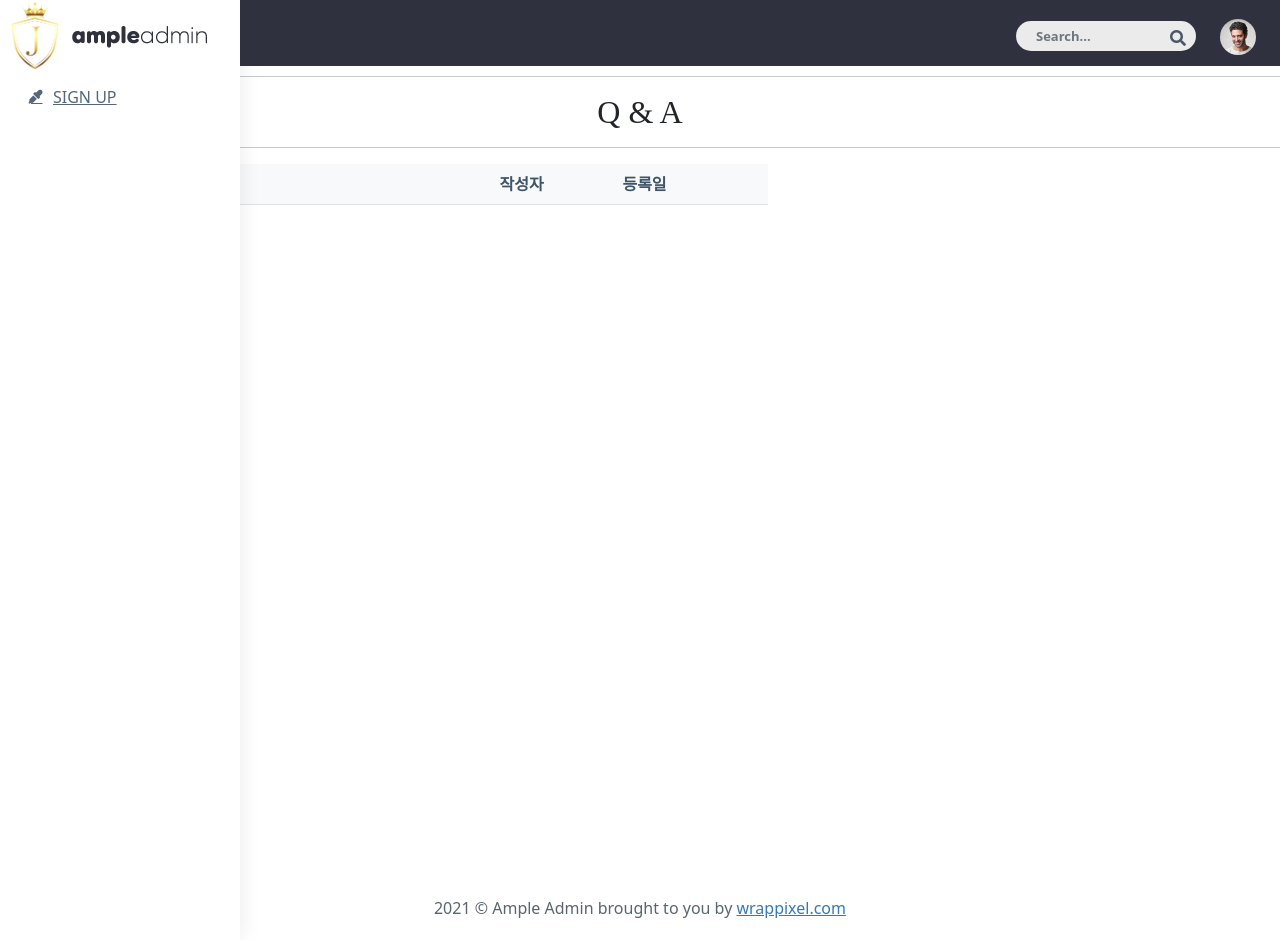
Repository: chopilyeon/HanaOpenBanking
Page: http://localhost/OpenBanking/jsp/board/boardList.jsp
These files come from the project's save history. The page is drawn as it stood at one moment and after the next save; the edit follows.
The browser window is 1280 px wide. The pictures show the whole page.
Some web fonts or font styles are not loaded; a fallback is used. The page is served by Tomcat 9. Other server files are loaded and not shown.

Above is the page before, as saved 2022-07-17 05:42:29.
Console error: TypeError: Cannot read properties of null (reading 'querySelector')

### OpenBanking/src/main/webapp/jsp/board/boardList.jsp
<%@ page language="java" contentType="text/html; charset=UTF-8"
    pageEncoding="UTF-8"%>
<!DOCTYPE html>
<html>
<head>
<meta charset="utf-8">
    <meta http-equiv="X-UA-Compatible" content="IE=edge">
    <!-- Tell the browser to be responsive to screen width -->
    <meta name="viewport" content="width=device-width, initial-scale=1">
    <meta name="keywords"
        content="wrappixel, admin dashboard, html css dashboard, web dashboard, bootstrap 5 admin, bootstrap 5, css3 dashboard, bootstrap 5 dashboard, Ample lite admin bootstrap 5 dashboard, frontend, responsive bootstrap 5 admin template, Ample admin lite dashboard bootstrap 5 dashboard template">
    <meta name="description"
        content="Ample Admin Lite is powerful and clean admin dashboard template, inpired from Bootstrap Framework">
    <meta name="robots" content="noindex,nofollow">
    <title>J investment bank</title>
    <link rel="canonical" href="https://www.wrappixel.com/templates/ample-admin-lite/" />
    <!-- Favicon icon -->
    <link rel="icon" type="image/png" sizes="16x16" href="/OpenBanking/resources/images/favicon.png">
    <!-- Custom CSS -->
    <link href="/OpenBanking/resources/css/chartist.min.css" rel="stylesheet">
    <link rel="stylesheet" href="/OpenBanking/resources/css/chartist-plugin-tooltip.css">
    <!-- Custom CSS -->
    <link href="/OpenBanking/resources/css/style.min.css" rel="stylesheet">
    <link href="/OpenBanking/resources/css/onlyForMe.css" rel="stylesheet">
    <!-- CSS only -->
    <link href="https://cdn.jsdelivr.net/npm/bootstrap@5.2.0-beta1/dist/css/bootstrap.min.css" rel="stylesheet" integrity="sha384-0evHe/X+R7YkIZDRvuzKMRqM+OrBnVFBL6DOitfPri4tjfHxaWutUpFmBp4vmVor" crossorigin="anonymous">



<!-- JavaScript Bundle with Popper -->
<script src="https://cdn.jsdelivr.net/npm/bootstrap@5.2.0-beta1/dist/js/bootstrap.bundle.min.js" integrity="sha384-pprn3073KE6tl6bjs2QrFaJGz5/SUsLqktiwsUTF55Jfv3qYSDhgCecCxMW52nD2" crossorigin="anonymous"></script>

 <!-- FONT -->
<link rel="preconnect" href="https://fonts.googleapis.com">
<link rel="preconnect" href="https://fonts.gstatic.com" crossorigin>
<link href="https://fonts.googleapis.com/css2?family=Libre+Baskerville:ital@1&display=swap" rel="stylesheet">

</head>
<body>


	<jsp:include page="/jsp/include/topAndSide.jsp" />



	<section>
	<hr>
		<h2 class="text-center">Q & A </h2>
	<hr>
	<table style="width: 60%" class="table">
			  <thead>
				<tr class="table-light">
					<th width=16%">번호</th>
					<th>제목</th>
					<th width="16%">작성자</th>
					<th width="20%">등록일</th>
				</tr>
			  </thead>



	</table>










	</section>










	<jsp:include page="/jsp/include/footer.jsp" />









 <script src="/OpenBanking/resources/js/jquery.min.js"></script>
    <!-- Bootstrap tether Core JavaScript -->
    <script src="/OpenBanking/resources/js/bootstrap.bundle.min.js"></script>
    <script src="/OpenBanking/resources/js/app-style-switcher.js"></script>
    <script src="/OpenBanking/resources/js/jquery.sparkline.min.js"></script>
    <!--Wave Effects -->
    <script src="/OpenBanking/resources/js/waves.js"></script>
    <!--Menu sidebar -->
    <script src="/OpenBanking/resources/js/sidebarmenu.js"></script>
    <!--Custom JavaScript -->
    <script src="/OpenBanking/resources/js/custom.js"></script>
    <!--This page JavaScript -->
    <!--chartis chart-->
    <script src="/OpenBanking/resources/js/chartist.min.js"></script>
    <script src="/OpenBanking/resources/js/chartist-plugin-tooltip.min.js"></script>
    <script src="/OpenBanking/resources/js/dashboard1.js"></script>




</body>
</html>

### OpenBanking/src/main/webapp/jsp/include/topAndSide.jsp
<%@ page language="java" contentType="text/html; charset=UTF-8"
    pageEncoding="UTF-8"%>
<%@ taglib prefix="c" uri="http://java.sun.com/jsp/jstl/core" %>

  <!-- ============================================================== -->
    <!-- Preloader - style you can find in spinners.css -->
    <!-- ============================================================== -->
    <div class="preloader">
        <div class="lds-ripple">
            <div class="lds-pos"></div>
            <div class="lds-pos"></div>
        </div>
    </div>
    <!-- ============================================================== -->
    <!-- Main wrapper - style you can find in pages.scss -->
    <!-- ============================================================== -->
    <div id="main-wrapper" data-layout="vertical" data-navbarbg="skin5" data-sidebartype="full"
        data-sidebar-position="absolute" data-header-position="absolute" data-boxed-layout="full">
        <!-- ============================================================== -->
        <!-- Topbar header - style you can find in pages.scss -->
        <!-- ============================================================== -->
        <header class="topbar" data-navbarbg="skin5">
            <nav class="navbar top-navbar navbar-expand-md navbar-dark">
                <div class="navbar-header" data-logobg="skin6">
                    <!-- ============================================================== -->
                    <!-- Logo -->
                    <!-- ============================================================== -->
                    <a class="navbar-brand" href="${pageContext.request.contextPath}/welcome.do">
                        <!-- Logo icon -->
                        <b class="logo-icon">
                            <!-- Dark Logo icon -->
                            <img src="/OpenBanking/resources/images/J_LOGO.png" alt="homepage" width="50" class="rounded mx-auto d-block">
                        </b>
                        <!--End Logo icon -->
                        <!-- Logo text -->
                        <span class="logo-text">
                            <!-- dark Logo text -->
                            <img src="/OpenBanking/resources/images/logo-text.png" alt="homepage" />
                        </span>
                    </a>
                    <!-- ============================================================== -->
                    <!-- End Logo -->
                    <!-- ============================================================== -->
                    <!-- ============================================================== -->
                    <!-- toggle and nav items -->
                    <!-- ============================================================== -->
                    <a class="nav-toggler waves-effect waves-light text-dark d-block d-md-none"
                        href="javascript:void(0)"><i class="ti-menu ti-close"></i></a>
                </div>
                <!-- ============================================================== -->
                <!-- End Logo -->
                <!-- ============================================================== -->
                <div class="navbar-collapse collapse" id="navbarSupportedContent" data-navbarbg="skin5">

                    <!-- ============================================================== -->
                    <!-- Right side toggle and nav items -->
                    <!-- ============================================================== -->
                    <ul class="navbar-nav ms-auto d-flex align-items-center">

                        <!-- ============================================================== -->
                        <!-- Search -->
                        <!-- ============================================================== -->
                        <li class=" in">
                            <form role="search" class="app-search d-none d-md-block me-3">
                                <input type="text" placeholder="Search..." class="form-control mt-0">
                                <a href="#" class="active">
                                    <i class="fa fa-search"></i>
                                </a>
                            </form>
                        </li>
                        <!-- ============================================================== -->
                        <!-- User profile and search -->
                        <!-- ============================================================== -->
                        <li>
                            <a class="profile-pic" href="#">
                                <img src="/OpenBanking/resources/images/users/varun.jpg" alt="user-img" width="36"
                                    class="img-circle"><span class="text-white font-medium f-3">${userVO.id}</span></a>
                        </li>

                    <c:if test="${ not empty userVO }">
                        <li>
                            <a href="${pageContext.request.contextPath}/logout.do">
                              <button type="button" class="btn btn-primary btn-sm m-2">LOGOUT</button>
                            </a>
                        </li>

                	 </c:if>
                        <!-- ============================================================== -->
                        <!-- User profile and search -->
                        <!-- ============================================================== -->
                    </ul>
                </div>
            </nav>
        </header>
        <!-- ============================================================== -->
        <!-- End Topbar header -->
        <!-- ============================================================== -->
        <!-- ============================================================== -->
        <!-- Left Sidebar - style you can find in sidebar.scss  -->
        <!-- ============================================================== -->
        <aside class="left-sidebar" data-sidebarbg="skin6">
            <!-- Sidebar scroll-->
            <div class="scroll-sidebar">
                <!-- Sidebar navigation-->

                <nav class="sidebar-nav navbar">
                    <ul id="sidebarnav">
                        <!-- User Profile-->
              	 		<c:choose>
							<c:when test="${ not empty userVO }">
                        <li class="sidebar-item pt-2">
                            <a class="sidebar-link waves-effect waves-dark sidebar-link" href="${pageContext.request.contextPath}/Member/DashBoard.do"
                                aria-expanded="false">
                                <i class="far fa-clock" aria-hidden="true"></i>
                                <span class="hide-menu">ASSET STATUS</span>
                            </a>
                        </li>
                        <li class="sidebar-item">
                            <a class="sidebar-link waves-effect waves-dark sidebar-link" href="${pageContext.request.contextPath}/Member/checkInfo.do"
                                aria-expanded="false">
                                <i class="fa fa-user" aria-hidden="true"></i>
                                <span class="hide-menu">MEMBER INFO</span>
                            </a>
                        </li>
                        <li class="sidebar-item">
                            <a class="sidebar-link waves-effect waves-dark sidebar-link" href="#"
                                aria-expanded="false">
                                <i class="fa fa-table" aria-hidden="true"></i>
                                <span class="hide-menu">RECENT TRANS</span>
                            </a>
                        </li>


                         <li class="sidebar-item">
                            <a class="sidebar-link waves-effect waves-dark sidebar-link" href="${pageContext.request.contextPath}/bank/openBank.do"
                                aria-expanded="false">
                                <i class="fa fa-globe" aria-hidden="true"></i>
                                <span class="hide-menu">BANK SERVICE</span>
                            </a>
                        </li>




                        <li class="sidebar-item">
                            <a class="sidebar-link waves-effect waves-dark sidebar-link" href="#"
                                aria-expanded="false">
                                <i class="fas fa-eye-dropper" aria-hidden="true"></i>
                                <span class="hide-menu">Q&A</span>
                            </a>
                        </li>
                        <li class="sidebar-item">
                            <a class="sidebar-link waves-effect waves-dark sidebar-link" href="${pageContext.request.contextPath}/map.do"
                                aria-expanded="false">
                                <i class="fa fa-columns" aria-hidden="true"></i>
                                <span class="hide-menu">MAP</span>
                            </a>
                        </li>


    					 </c:when>
          					<c:otherwise>

                        <li class="sidebar-item">
                            <a class="sidebar-link waves-effect waves-dark sidebar-link" href="${pageContext.request.contextPath}/login.do"
                                aria-expanded="false">
                                <i class=" fas fa-eye-dropper" aria-hidden="true"></i>
                                <span class="hide-menu">SIGN UP</span>
                            </a>
                        </li>
              			</c:otherwise>
         			</c:choose>

                    </ul>

                </nav>
                <!-- End Sidebar navigation -->
            </div>
            <!-- End Sidebar scroll-->
        </aside>
        <!-- ============================================================== -->
        <!-- End Left Sidebar - style you can find in sidebar.scss  -->
        <!-- ============================================================== -->
        <!-- ============================================================== -->
        <!-- Page wrapper  -->
        <!-- ============================================================== -->

### OpenBanking/src/main/webapp/jsp/include/footer.jsp
<%@ page language="java" contentType="text/html; charset=UTF-8"
    pageEncoding="UTF-8"%>
  <footer class="footer text-center">
  	2021 © Ample Admin brought to you by <a href="#">wrappixel.com</a>
  </footer>

### OpenBanking/src/main/webapp/resources/css/onlyForMe.css
@charset "UTF-8";

body,h2,h3,h4,h5{
	font-family: 'Libre Baskerville', serif;
}

.btn btn-primary{

	font-family: 'Libre Baskerville', serif;

}

h3,p{

	font-family: 'Libre Baskerville', serif;

}





.onlyfor{
	background:url('../images/city.jpg');
	background-size:cover;

}




.onlyfor1{
	background:url('../images/river.jpg');
	background-size:cover;

}




section{
	min-height:800px;

}

.carousel-item{
	height:900px;
}



.carousel-image-1{
	background:url('/OpenBanking/resources/images/city1.jpg');
	background-size:cover;
}

.carousel-image-2{
		background:url('/OpenBanking/resources/images/picture2.jpg');
		background-size:cover;
}

.carousel-image-3{

		background:url('/OpenBanking/resources/images/coffee.jpg');
		background-size:cover;
}



.highcharts-figure,
.highcharts-data-table table {
  min-width: 360px;
  max-width: 800px;
  margin: 1em auto;
}

.highcharts-data-table table {
  font-family: Verdana, sans-serif;
  border-collapse: collapse;
  border: 1px solid #ebebeb;
  margin: 10px auto;
  text-align: center;
  width: 100%;
  max-width: 500px;
}

.highcharts-data-table caption {
  padding: 1em 0;
  font-size: 1.2em;
  color: #555;
}

.highcharts-data-table th {
  font-weight: 600;
  padding: 0.5em;
}

.highcharts-data-table td,
.highcharts-data-table th,
.highcharts-data-table caption {
  padding: 0.5em;
}

.highcharts-data-table thead tr,
.highcharts-data-table tr:nth-child(even) {
  background: #f8f8f8;
}

.highcharts-data-table tr:hover {
  background: #f1f7ff;
}

### OpenBanking/src/main/webapp/resources/js/sidebarmenu.js
/*
Template Name: Admin Template
Author: Wrappixel

File: js
*/
// ==============================================================
// Auto select left navbar
// ==============================================================
$(function() {
    "use strict";
     var url = window.location + "";
        var path = url.replace(window.location.protocol + "//" + window.location.host + "/", "");
        var element = $('ul#sidebarnav a').filter(function() {
            return this.href === url || this.href === path;// || url.href.indexOf(this.href) === 0;
        });
        element.parentsUntil(".sidebar-nav").each(function (index)
        {
            if($(this).is("li") && $(this).children("a").length !== 0)
            {
                $(this).children("a").addClass("active");
                $(this).parent("ul#sidebarnav").length === 0
                    ? $(this).addClass("active")
                    : $(this).addClass("selected");
            }
            else if(!$(this).is("ul") && $(this).children("a").length === 0)
            {
                $(this).addClass("selected");

            }
            else if($(this).is("ul")){
                $(this).addClass('in');
            }

        });

    element.addClass("active");
    $('#sidebarnav a').on('click', function (e) {

            if (!$(this).hasClass("active")) {
                // hide any open menus and remove all other classes
                $("ul", $(this).parents("ul:first")).removeClass("in");
                $("a", $(this).parents("ul:first")).removeClass("active");

                // open our new menu and add the open class
                $(this).next("ul").addClass("in");
                $(this).addClass("active");

            }
            else if ($(this).hasClass("active")) {
                $(this).removeClass("active");
                $(this).parents("ul:first").removeClass("active");
                $(this).next("ul").removeClass("in");
            }
    })
    $('#sidebarnav >li >a.has-arrow').on('click', function (e) {
        e.preventDefault();
    });

});

### OpenBanking/src/main/webapp/resources/js/custom.js
$(function() {
    "use strict";

    $(".preloader").fadeOut();
    // this is for close icon when navigation open in mobile view
    $(".nav-toggler").on('click', function() {
        $("#main-wrapper").toggleClass("show-sidebar");
        $(".nav-toggler i").toggleClass("ti-menu");
    });
    $(".search-box a, .search-box .app-search .srh-btn").on('click', function() {
        $(".app-search").toggle(200);
        $(".app-search input").focus();
    });

    // ==============================================================
    // Resize all elements
    // ==============================================================
    $("body, .page-wrapper").trigger("resize");
    $(".page-wrapper").delay(20).show();

    //****************************
    /* This is for the mini-sidebar if width is less then 1170*/
    //****************************
    var setsidebartype = function() {
        var width = (window.innerWidth > 0) ? window.innerWidth : this.screen.width;
        if (width < 1170) {
            $("#main-wrapper").attr("data-sidebartype", "mini-sidebar");
        } else {
            $("#main-wrapper").attr("data-sidebartype", "full");
        }
    };
    $(window).ready(setsidebartype);
    $(window).on("resize", setsidebartype);

});

### OpenBanking/src/main/webapp/resources/js/dashboard1.js
/*
Template Name: Admin Pro Admin
Author: Wrappixel
Email: niravjoshi87@gmail.com
File: js
*/
$(function () {
    "use strict";
    // ==============================================================
    // Newsletter
    // ==============================================================

    //ct-visits
    new Chartist.Line('#ct-visits', {
        labels: ['2008', '2009', '2010', '2011', '2012', '2013', '2014', '2015'],
        series: [
            [5, 2, 7, 4, 5, 3, 5, 4]
            , [2, 5, 2, 6, 2, 5, 2, 4]
        ]
    }, {
        top: 0,
        low: 1,
        showPoint: true,
        fullWidth: true,
        plugins: [
            Chartist.plugins.tooltip()
        ],
        axisY: {
            labelInterpolationFnc: function (value) {
                return (value / 1) + 'k';
            }
        },
        showArea: true
    });


    var chart = [chart];

    var sparklineLogin = function () {
        $('#sparklinedash').sparkline([0, 5, 6, 10, 9, 12, 4, 9], {
            type: 'bar',
            height: '30',
            barWidth: '4',
            resize: true,
            barSpacing: '5',
            barColor: '#7ace4c'
        });
        $('#sparklinedash2').sparkline([0, 5, 6, 10, 9, 12, 4, 9], {
            type: 'bar',
            height: '30',
            barWidth: '4',
            resize: true,
            barSpacing: '5',
            barColor: '#7460ee'
        });
        $('#sparklinedash3').sparkline([0, 5, 6, 10, 9, 12, 4, 9], {
            type: 'bar',
            height: '30',
            barWidth: '4',
            resize: true,
            barSpacing: '5',
            barColor: '#11a0f8'
        });
        $('#sparklinedash4').sparkline([0, 5, 6, 10, 9, 12, 4, 9], {
            type: 'bar',
            height: '30',
            barWidth: '4',
            resize: true,
            barSpacing: '5',
            barColor: '#f33155'
        });
    }
    var sparkResize;
    $(window).on("resize", function (e) {
        clearTimeout(sparkResize);
        sparkResize = setTimeout(sparklineLogin, 500);
    });
    sparklineLogin();
});

Loaded but not shown: OpenBanking/src/main/webapp/resources/css/chartist.min.css (library); OpenBanking/src/main/webapp/resources/css/chartist-plugin-tooltip.css (common file); OpenBanking/src/main/webapp/resources/css/style.min.css (library); OpenBanking/src/main/webapp/resources/css/icons/font-awesome/css/fontawesome-all.min.css (library); OpenBanking/src/main/webapp/resources/css/icons/themify-icons/themify-icons.css (common file); OpenBanking/src/main/webapp/resources/js/jquery.min.js (library); OpenBanking/src/main/webapp/resources/js/bootstrap.bundle.min.js (library); OpenBanking/src/main/webapp/resources/js/app-style-switcher.js (common file); OpenBanking/src/main/webapp/resources/js/jquery.sparkline.min.js (library); OpenBanking/src/main/webapp/resources/js/waves.js (library); OpenBanking/src/main/webapp/resources/js/chartist.min.js (library); OpenBanking/src/main/webapp/resources/js/chartist-plugin-tooltip.min.js (library)

After the next save:
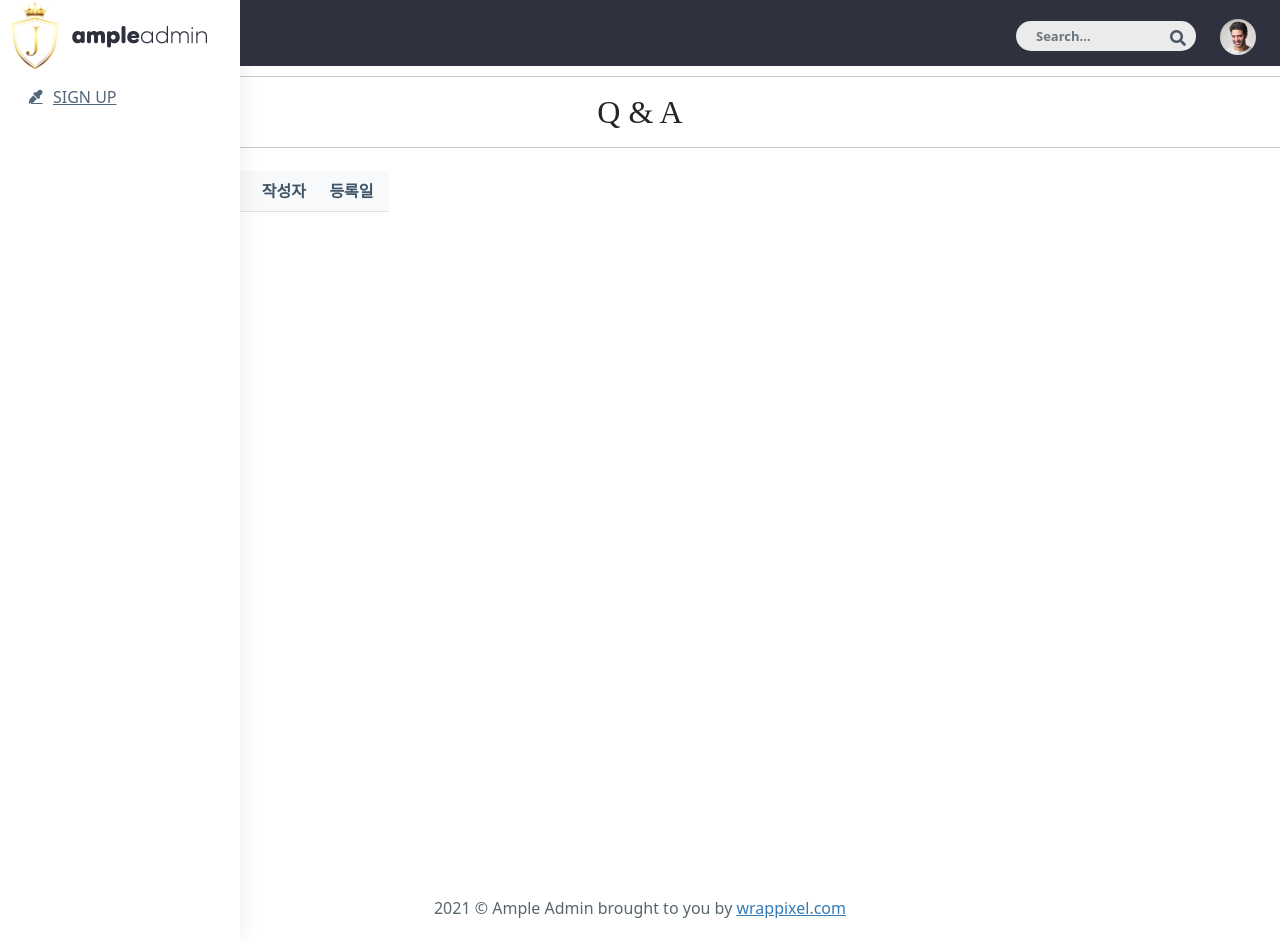
Saved 29 s later.
--- a/OpenBanking/src/main/webapp/jsp/board/boardList.jsp
+++ b/OpenBanking/src/main/webapp/jsp/board/boardList.jsp
@@ -47,7 +47,7 @@
 	<hr>
 		<h2 class="text-center">Q & A </h2>
 	<hr>
-	<table style="width: 60%" class="table">
+	<table style="width: 60%" class="table btn float-right">
 			  <thead>
 				<tr class="table-light">
 					<th width=16%">번호</th>
